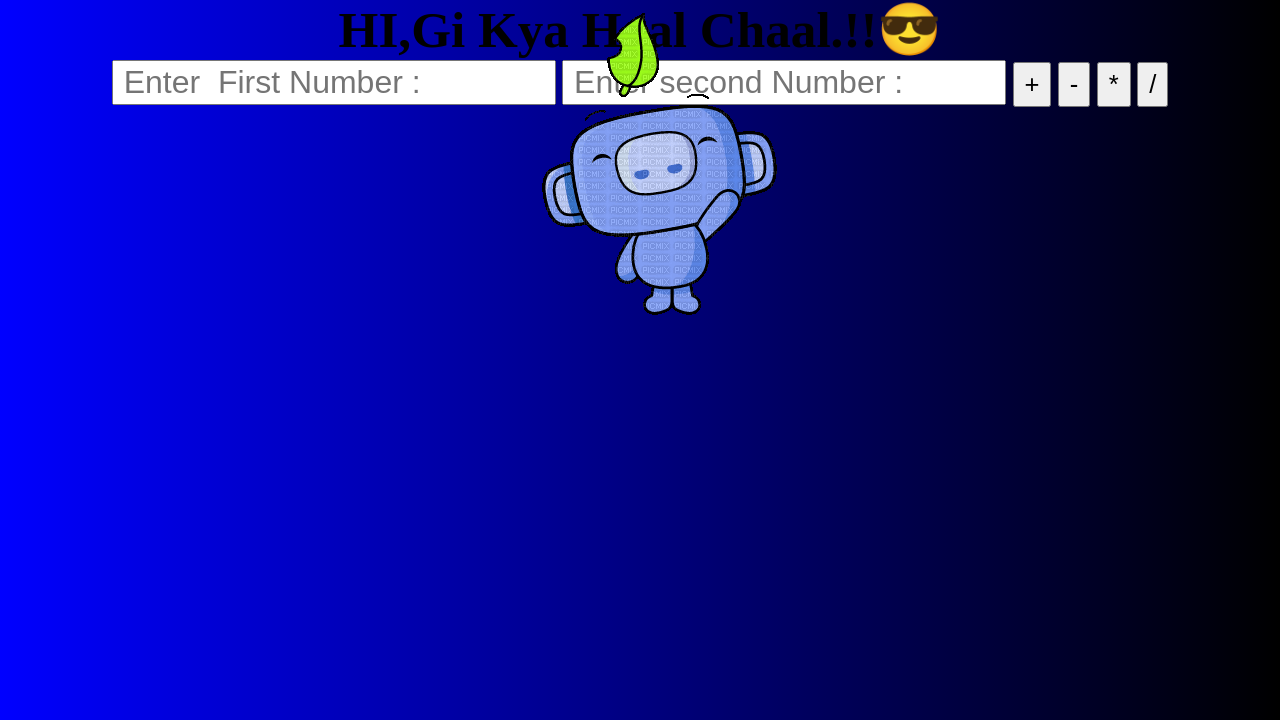
Repository: Deepak-Mane1902/simple-Calculator-using-JSP-Servlet
Page: http://localhost/webProject/
These files come from the project's save history. The page is drawn as it stood at one moment and after the next save; the edit follows.
The browser window is 1280 px wide. The pictures show the whole page.
The page is served by Tomcat 9. Other server files are loaded and not shown.

Above is the page before, as saved 2024-12-15 06:50:33.

### webProject/src/main/webapp/index.html
<!DOCTYPE html>
<html>
<head>
<meta charset="UTF-8">
<title>Insert title here</title>
<link rel="stylesheet" href="style.css" >
</head>
<body>
<main>
<img src="images/gip.gif" />
<h1>HI,Gi Kya Haal Chaal.!!😎</h1>
<form>
<input name="firstNum" type="number" placeholder="Enter  First Number : " required/>
<input name="secondNum"  placeholder="Enter second Number : " required/>
<button>+</button>
<button>-</button>
<button>*</button>
<button>/</button>

</form>
</main>
</body>
</html>

### webProject/src/main/webapp/style.css
*{
	margin:0;
	padding:0;
	font-size:2vw;
}
html,body{
	width:100%;
	height:100%;
		background:linear-gradient(to right, blue,black);
}
main{
	display:grid;
	justify-content:center;
	align-items:center;
	text-align:center;
	position:relative;

}
img{
	position:absolute;
	top:0;
	left:40%;
	width:25%;
}
h1{
	font-size:4vw;
}
input{
	font-size:2.5vw;
	padding:2px 10px;
}
button{
	text-align:center;
	padding: 6px 10px;
}

After the next save:
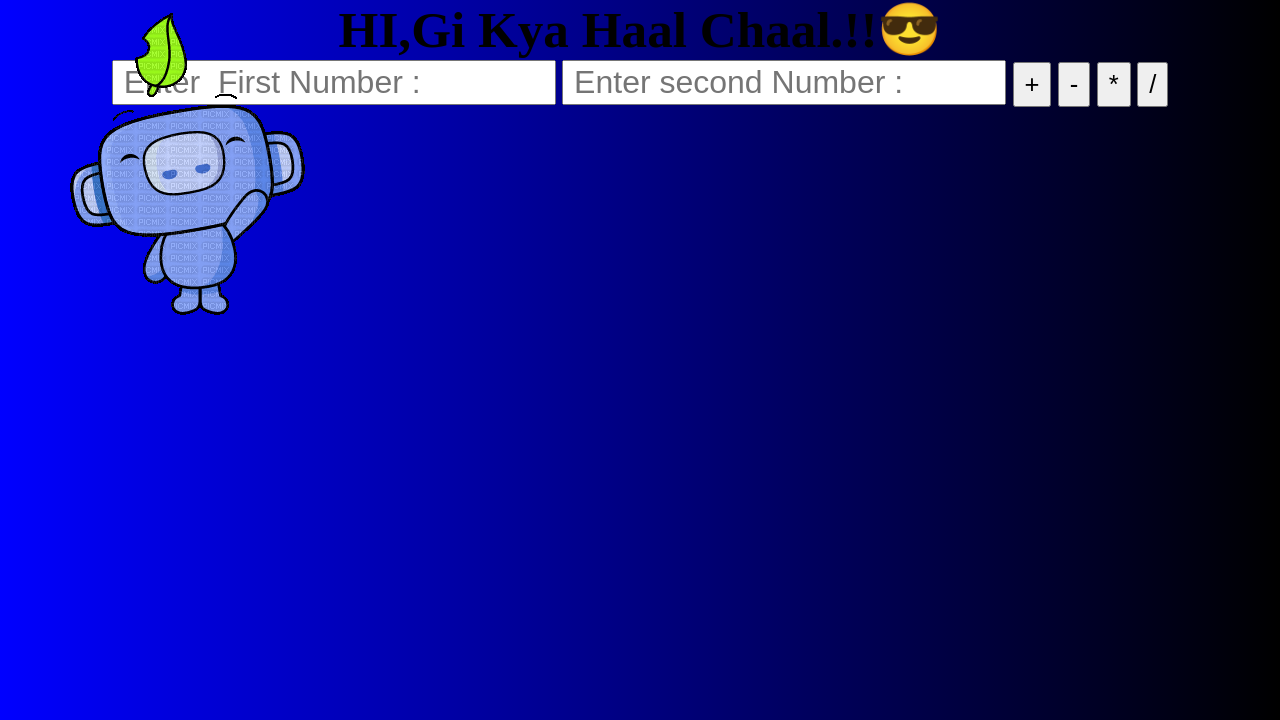
Saved 9 s later.
--- a/webProject/src/main/webapp/style.css
+++ b/webProject/src/main/webapp/style.css
@@ -19,7 +19,7 @@
 img{
 	position:absolute;
 	top:0;
-	left:40%;
+	left:40px;
 	width:25%;
 }
 h1{
